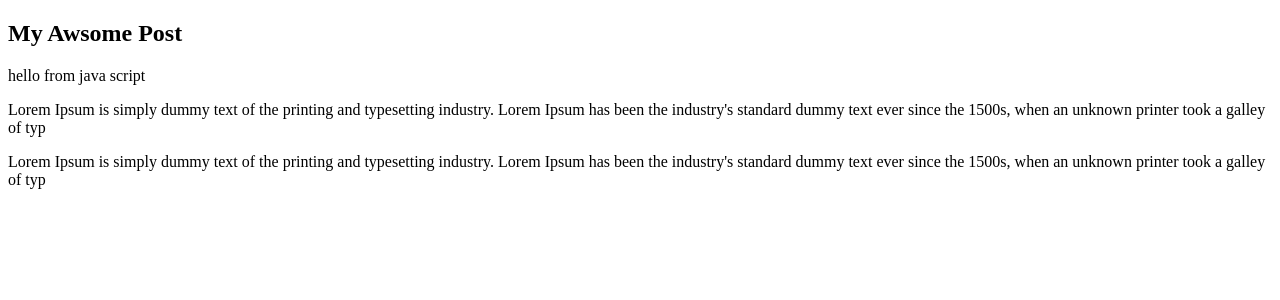
Repository: nema38/30DaysTrainning
Page: 30Days07/index.html
These files come from the project's save history. The page is drawn as it stood at one moment and after the next save; the edit follows.
The browser window is 1280 px wide. The pictures show the whole page.
Some web libraries are served in a nearby version.

Above is the page before, as saved 2014-04-16 15:53:29.

### 30Days07/index.html
<!DOCTYPE html>
<html>
	<head>
		<meta charset=utf-8>
		<title>Appending Content</title>

	</head>
	<body>

		<article>
			<h1>My Awsome Post</h1>
			<p>
				Lorem Ipsum is simply dummy text of the printing and typesetting industry. Lorem Ipsum has been the industry's standard dummy text ever since the 1500s, when an unknown printer took a galley of typ
			</p>
			<p>
				Lorem Ipsum is simply dummy text of the printing and typesetting industry. Lorem Ipsum has been the industry's standard dummy text ever since the 1500s, when an unknown printer took a galley of typ
			</p>
		</article>

		<script src="http://ajax.googleapis.com/ajax/libs/jquery/1.11.0/jquery.min.js"></script>

		<script>
			(function() {
				$('p').first().before("hello from java script");
			})();
		</script>

	</body>
</html>

After the next save:
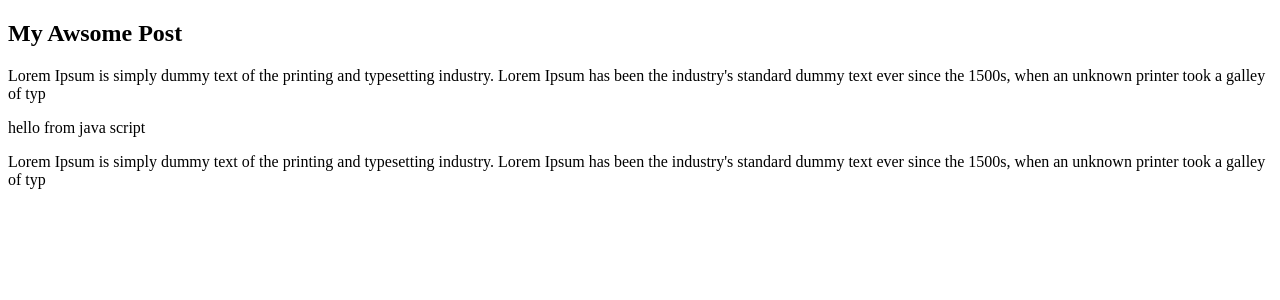
Saved 11 s later.
--- a/30Days07/index.html
+++ b/30Days07/index.html
@@ -21,7 +21,7 @@
 
 		<script>
 			(function() {
-				$('p').first().before("hello from java script");
+				$('p').first().after("hello from java script");
 			})();
 		</script>
 
